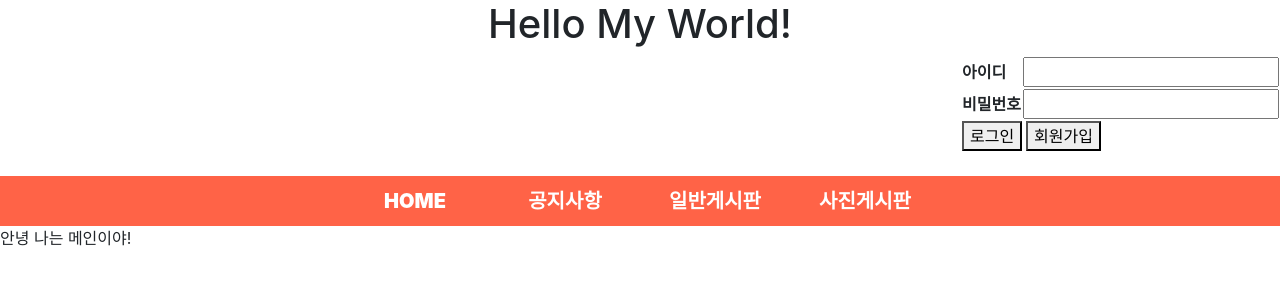
Repository: Developer-Choi-Jae-Young/FrameworkPractice
Page: http://localhost/mybatisProject/
These files come from the project's save history. The page is drawn as it stood at one moment and after the next save; the edit follows.
The browser window is 1280 px wide. The pictures show the whole page.
The page is served by Tomcat 9.

Above is the page before, as saved 2024-09-04 02:18:24.

After the next save:
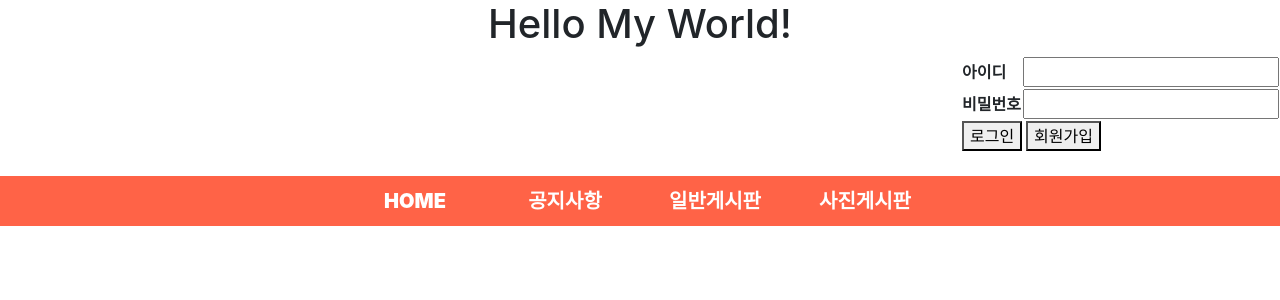
Saved 71 s later.
--- a/mybatis/mybatisProject/webapp/WEB-INF/views/main.jsp
+++ b/mybatis/mybatisProject/webapp/WEB-INF/views/main.jsp
@@ -8,6 +8,6 @@
 </head>
 <body>
 	<jsp:include page="common/menubar.jsp"/>
-	안녕 나는 메인이야!
+
 </body>
 </html>
